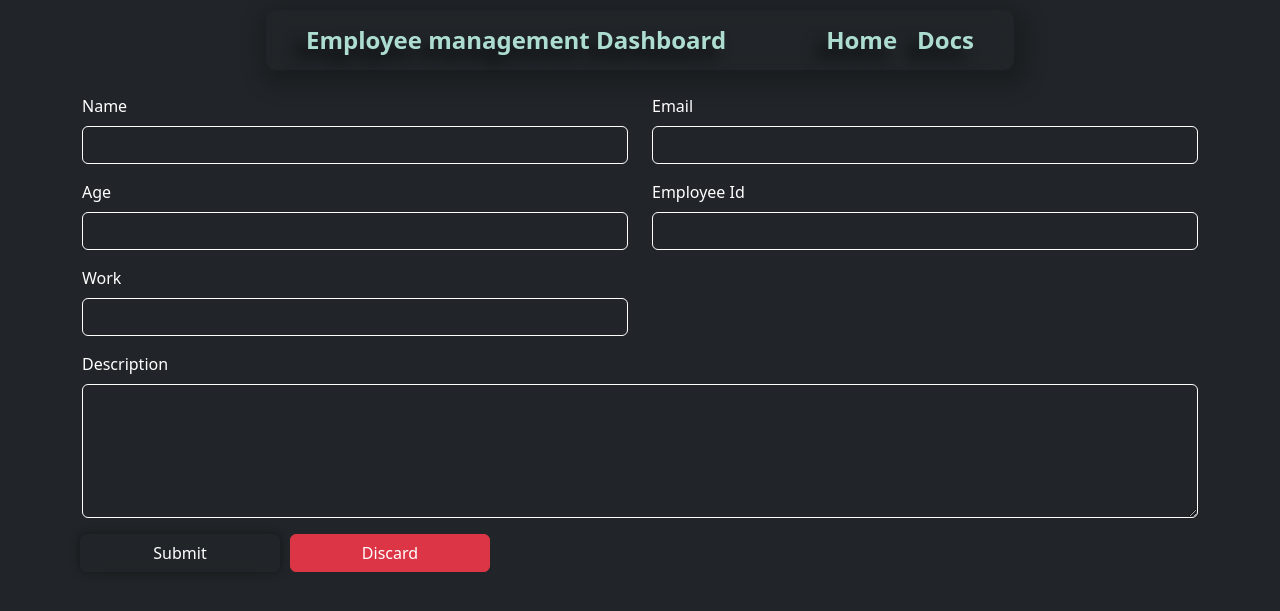
Repository: iamevs/Employee-Management-System
Page: /register (app in client/)
The author's editor kept a copy of each file at every save. The page is drawn from the files as they stood at one save, then again after the next save.
The browser window is 1280 px wide. The pictures show the whole page.
The project was rebuilt for these pictures with package versions that can differ from the ones it lists, and the page was loaded fresh each time. Also part of the build but not shown: client/vite.config.js, client/src/components/Home.jsx, client/src/components/Edit.jsx, client/src/components/Hero.jsx. Imported but missing from the stored project, and not drawn on this page: client/src/components/Details.

Above is the page before, as saved 2022-11-29 00:50:51.

After the next save:
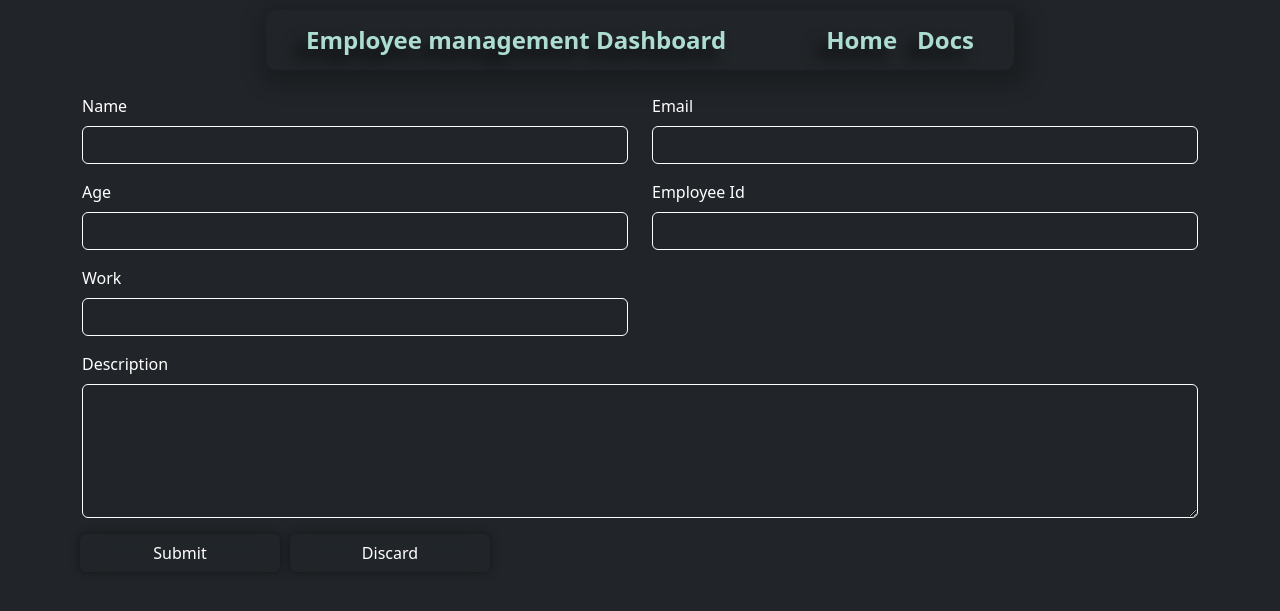
Saved 11 s later.
--- a/client/src/components/Register.jsx
+++ b/client/src/components/Register.jsx
@@ -108,7 +108,7 @@ const Register = () => {
                     </div>
 
                     <button type="submit" onClick={addinpdata} class="btn text-white tool" style={{width: "200px", marginLeft: "10px"}}>Submit</button>
-                    <a href="/home" className="btn btn-danger" style={{width: "200px", marginLeft: "10px"}}>Discard</a>
+                    <a href="/home" className="btn text-white tool" style={{width: "200px", marginLeft: "10px"}}>Discard</a>
                 </div>
             </form>
         </div>
